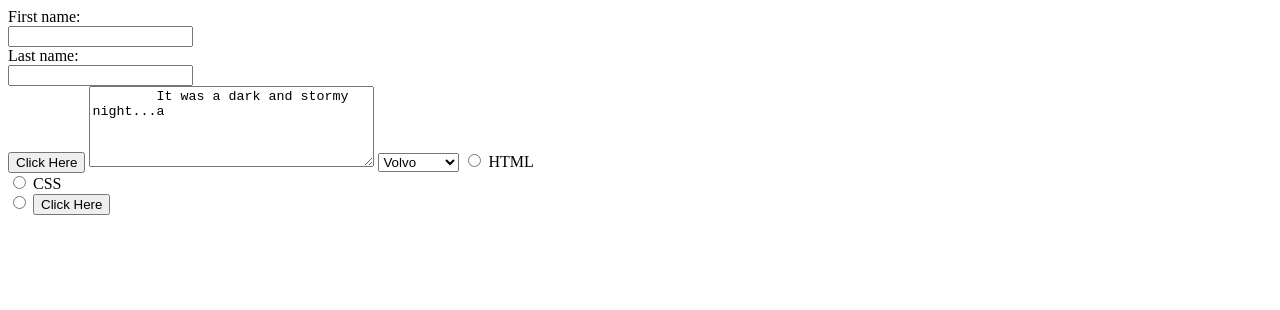
Repository: KANNAHWORLD/201Work
Page: lab9/Lab11/src/main/webapp/lab11.html
The author's editor kept a copy of each file at every save. The page is drawn from the files as they stood at one save, then again after the next save.
The browser window is 1280 px wide. The pictures show the whole page.

Above is the page before, as saved 2022-11-16 20:55:28.

After the next save:
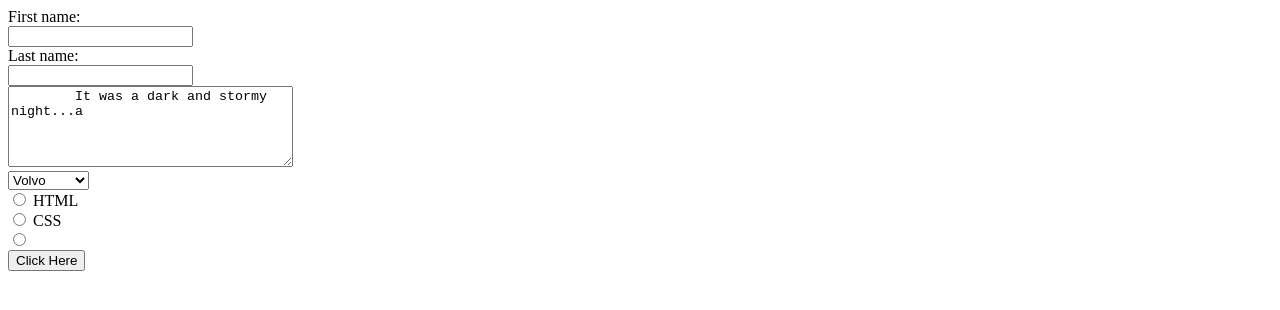
Saved 28 s later.
--- a/lab9/Lab11/src/main/webapp/lab11.html
+++ b/lab9/Lab11/src/main/webapp/lab11.html
@@ -15,26 +15,25 @@
   <label for="lname">Last name:</label><br>
   <input type="text" id="lname" name="lname"><br>
 
-  <input type = "submit" value = "Click Here" >
 
   <textarea id="story" name="story"
           rows="5" cols="33">
 	It was a dark and stormy night...a
 	</textarea>
-
+	<br>
 	<select name="cars" id="cars">
 	  <option value="volvo">Volvo</option>
 	  <option value="saab">Saab</option>
 	  <option value="mercedes">Mercedes</option>
 	  <option value="audi">Audi</option>
 	</select>
-
+	<br>
 	<input type="radio" id="html" name="fav_language" value="HTML">
 		<label for="html">HTML</label><br>
 		<input type="radio" id="css" name="fav_language" value="CSS">
 		<label for="css">CSS</label><br>
 	<input type="radio" id="javascript" name="fav_language" value="JavaScript">
-
+  <br>
   	<input type = "submit" value = "Click Here" >
 
 </form>
